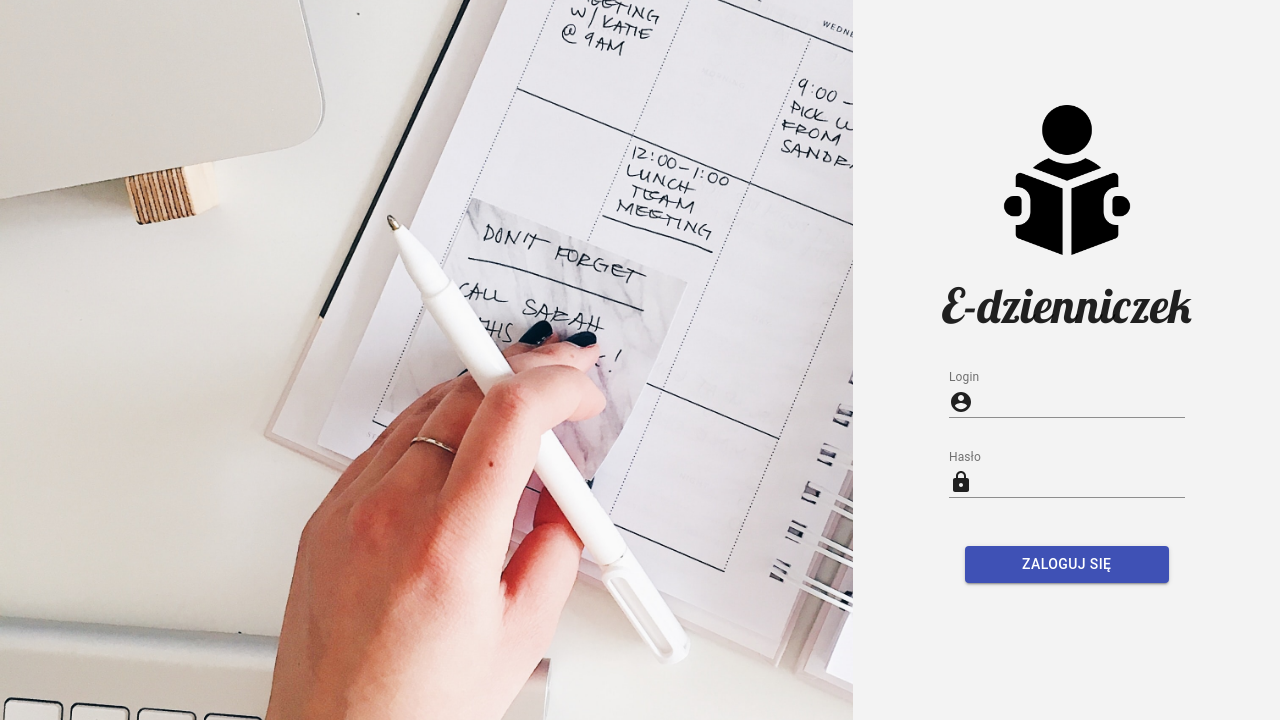
Repository: dominik3131/E-dzienniczek
Page: /
The author's editor kept a copy of each file at every save. The page is drawn from the files as they stood at one save, then again after the next save.
The browser window is 1280 px wide. The pictures show the whole page.
The project was rebuilt for these pictures with package versions that can differ from the ones it lists, and the page was loaded fresh each time.

Above is the page before, as saved 2020-11-17 12:42:30.

### public/index.html
<!DOCTYPE html>
<html lang="en">

<head>
  <meta charset="utf-8" />
  <meta name="viewport" content="width=device-width, initial-scale=1" />
  <meta name="theme-color" content="#f3f3f3" />
  <meta name="description" content="Web site created using create-react-app" />
  <link rel="stylesheet" type="text/css" href="//fonts.googleapis.com/css?family=Lobster" />
  <title>React App</title>
</head>

<body>
  <noscript>You need to enable JavaScript to run this app.</noscript>
  <div id="root"></div>
  <!--
      This HTML file is a template.
      If you open it directly in the browser, you will see an empty page.

      You can add webfonts, meta tags, or analytics to this file.
      The build step will place the bundled scripts into the <body> tag.

      To begin the development, run `npm start` or `yarn start`.
      To create a production bundle, use `npm run build` or `yarn build`.
    -->
</body>

</html>

### src/App.js
import "./App.css";
import { BrowserRouter as Router, Route, Switch } from "react-router-dom";
import LoginPageContainer from "./containers/LoginPageContainer";
//Initial page

function App() {
  return (
    <div className="App">
      <Router>
        <Switch>
          <Route path="/" exact component={LoginPageContainer} />
        </Switch>
      </Router>
    </div>
  );
}

export default App;

### src/App.css
*,
*::before,
*::after {
  box-sizing: border-box;
}

body {
  min-width: 280px;
}

.app {
  min-width: 100vw;
  min-height: 100vh;
  overflow: hidden;
}

### src/containers/LoginPageContainer/index.js
import React from "react";
import {
  MuiThemeProvider,
  createMuiTheme,
  makeStyles,
} from "@material-ui/core/styles";
import { CssBaseline, Grid, Box } from "@material-ui/core";
import useMediaQuery from "@material-ui/core/useMediaQuery";
import Typography from "@material-ui/core/Typography";
import background from "../../assets/background.jpg";
import { loginPanel as backgroundPanelColor } from "../../styles/background";
import readingBook from "../../assets/reading-book.png";
import LoginForm from "../../components/LoginForm/LoginForm";
import withLogin from "../../shared/withLogin";

const LoginFormWithHandleErrorAndLoading = withLogin(LoginForm);

const theme = createMuiTheme({
  overrides: {
    MuiCssBaseline: {
      "@global": {
        body: {
          background: `url(${background}) no-repeat fixed left `,
          backgroundSize: `100%`,
        },
      },
    },
  },
});

const useStyles = makeStyles((theme) => ({
  root: {
    display: "flex",
    flexDirection: "column",
    justifyContent: "center",
    alignItems: "center",
    minHeight: "100vh",
    width: "100%",
    backgroundColor: backgroundPanelColor,
  },
  img: {
    [theme.breakpoints.down("sm")]: {
      width: "100px",
    },
    [theme.breakpoints.up("sm")]: {
      width: "150px",
    },
  },
  h2: {
    fontFamily: "Lobster, open-sans",
    margin: "5% 0",
  },
}));

const LoginPageContainer = () => {
  const matches = useMediaQuery("(min-width:600px)");
  const classes = useStyles();
  return (
    <MuiThemeProvider theme={theme}>
      <CssBaseline />
      <Grid container justify="flex-end">
        <Grid container item md={4} sm={6}>
          <Box className={classes.root}>
            <img className={classes.img} src={readingBook} alt="Logo" />
            <Typography variant={matches ? "h3" : "h4"} className={classes.h2}>
              E-dzienniczek
            </Typography>
            <LoginFormWithHandleErrorAndLoading />
          </Box>
        </Grid>
      </Grid>
    </MuiThemeProvider>
  );
};

export default LoginPageContainer;

### src/styles/background.js
export const loginPanel = "#f3f3f3";

### src/components/LoginForm/LoginForm.js
import React, { useState } from "react";
import InputAdornment from "@material-ui/core/InputAdornment";
import AccountCircle from "@material-ui/icons/AccountCircle";
import LockRoundedIcon from "@material-ui/icons/LockRounded";
import { FormControl, InputLabel, Input, Button } from "@material-ui/core";
import { makeStyles } from "@material-ui/core/styles";

const useStyles = makeStyles((theme) => ({
  root: {
    display: "flex",
    flexDirection: "column",
    "& .MuiFormControl-root": {
      margin: theme.spacing(2),
      width: "30ch",
    },
  },
  margin: {
    margin: theme.spacing(4),
  },
}));

const LoginForm = (props) => {
  const [data, setData] = useState({
    username: "",
    password: "",
  });
  const handleChange = (e) =>
    setData({ ...data, [e.target.name]: e.target.value });
  const classes = useStyles();
  return (
    <form className={classes.root} noValidate autoComplete="off">
      <FormControl>
        <InputLabel htmlFor="username">Login</InputLabel>
        <Input
          id="username"
          name="username"
          startAdornment={
            <InputAdornment position="start">
              <AccountCircle />
            </InputAdornment>
          }
          onChange={handleChange}
        />
      </FormControl>
      <FormControl>
        <InputLabel htmlFor="password">Hasło</InputLabel>
        <Input
          id="password"
          name="password"
          startAdornment={
            <InputAdornment position="start">
              <LockRoundedIcon />
            </InputAdornment>
          }
          type="password"
          onChange={handleChange}
        />
      </FormControl>
      <Button
        variant="contained"
        color="primary"
        className={classes.margin}
        onClick={() => props.tryLogin({ ...data })}
      >
        Zaloguj się
      </Button>
    </form>
  );
};

export default LoginForm;

### src/shared/withLogin.js
import { React, useState } from "react";
import { useDispatch } from "react-redux";
import { login } from "../actions/auth";
import CircularProgress from "@material-ui/core/CircularProgress";
// eslint-disable-next-line import/no-anonymous-default-export
export default (Cmp) => {
  return (props) => {
    const [loading, setLoading] = useState(false);
    const dispatch = useDispatch();

    const logIn = ({ username, password }) => {
      setLoading(true);
      debugger;
      dispatch(login(username, password));
    };
    if (loading) {
      return <CircularProgress />;
    }

    return <Cmp {...props} tryLogin={logIn} />;
  };
};

### src/reducers/auth.js
import { LOGIN_SUCCESS, LOGIN_FAIL, LOGOUT } from "../actions/types";

const user = JSON.parse(localStorage.getItem("user"));

const initialState = user
  ? { isLoggedIn: true, user }
  : { isLoggedIn: false, user: null };

// eslint-disable-next-line import/no-anonymous-default-export
export default function (state = initialState, action) {
  const { type, payload } = action;

  switch (type) {
    case LOGIN_SUCCESS:
      return {
        ...state,
        isLoggedIn: true,
        user: payload.user,
      };
    case LOGIN_FAIL:
      return {
        ...state,
        isLoggedIn: false,
        user: null,
      };
    case LOGOUT:
      return {
        ...state,
        isLoggedIn: false,
        user: null,
      };
    default:
      return state;
  }
}

### src/reducers/message.js
import { SET_MESSAGE, CLEAR_MESSAGE } from "../actions/types";

const initialState = {};

// eslint-disable-next-line import/no-anonymous-default-export
export default function (state = initialState, action) {
  const { type, payload } = action;

  switch (type) {
    case SET_MESSAGE:
      return { message: payload };

    case CLEAR_MESSAGE:
      return { message: "" };

    default:
      return state;
  }
}

### src/actions/auth.js
import { LOGIN_SUCCESS, LOGIN_FAIL, LOGOUT, SET_MESSAGE } from "./types";
import AuthService from "../services/auth.service";

export const login = (username, password) => (dispatch) => {
  return AuthService.login(username, password).then(
    (data) => {
      dispatch({
        type: LOGIN_SUCCESS,
        payload: { user: data },
      });

      return Promise.resolve();
    },
    (error) => {
      const message =
        (error.response &&
          error.response.data &&
          error.response.data.message) ||
        error.message ||
        error.toString();

      dispatch({
        type: LOGIN_FAIL,
      });

      dispatch({
        type: SET_MESSAGE,
        payload: message,
      });

      return Promise.reject();
    }
  );
};

export const logout = () => (dispatch) => {
  AuthService.logout();

  dispatch({
    type: LOGOUT,
  });
};

### src/services/auth.service.js
import axios from "axios";
import { loginApiUrl } from "../helpers/routes";

class AuthService {
  login(username, password) {
    return axios
      .post(`${loginApiUrl()}`, { username, password })
      .then((response) => {
        if (response.data.key) {
          localStorage.setItem("user", JSON.stringify(response.data));
        }
        // console.log(response);
        return response.data;
      })
      .catch((err) => console.log(err));
  }

  logout() {
    localStorage.removeItem("user");
  }
}

export default new AuthService();

### src/helpers/routes.js
const serverUrl = "https://e-dzienniczek.herokuapp.com";

export const loginApiUrl = () => `${serverUrl}/api/login`;

Loaded but not shown: src/index.js (common file); src/index.css (common file); src/reportWebVitals.js (common file); src/store.js (common file); src/reducers/index.js (common file); src/actions/types.js (common file)

After the next save:
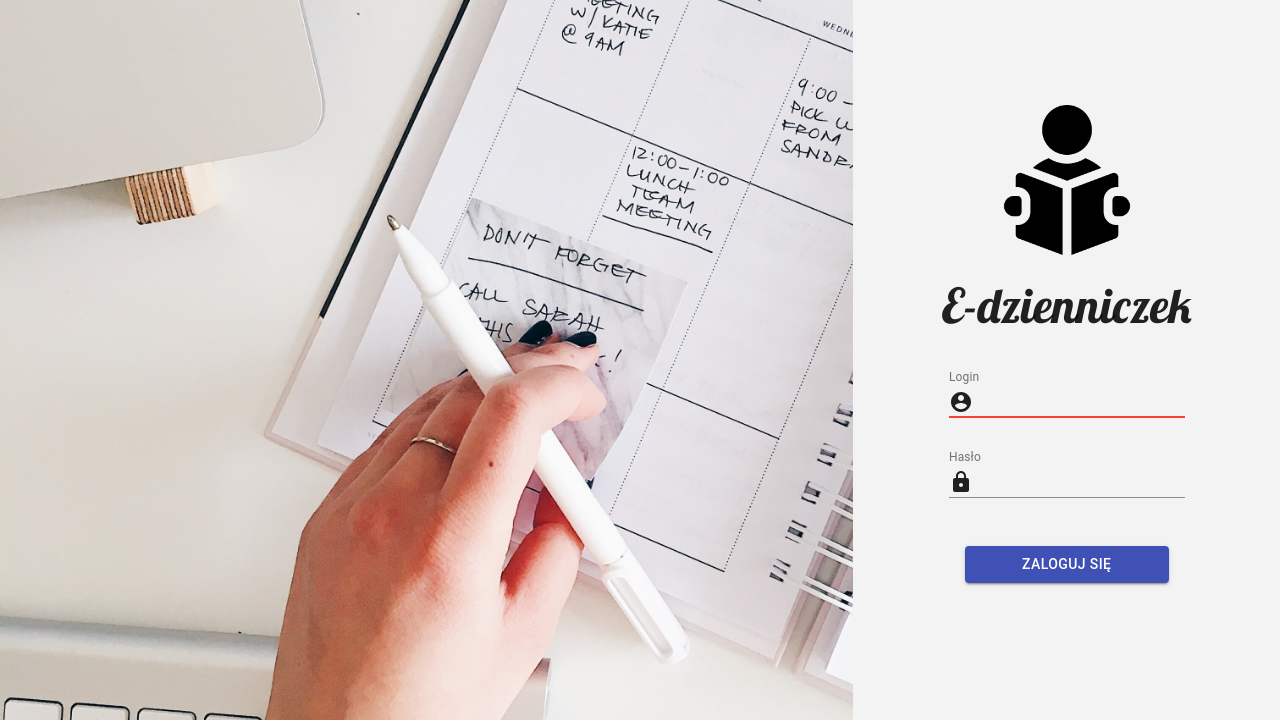
Saved 68 min 43 s later.
--- a/src/components/LoginForm/LoginForm.js
+++ b/src/components/LoginForm/LoginForm.js
@@ -34,6 +34,9 @@ const LoginForm = (props) => {
         <Input
           id="username"
           name="username"
+          error={
+            data.username.length === 0 ? "podany email nie istnieje" : null
+          }
           startAdornment={
             <InputAdornment position="start">
               <AccountCircle />
